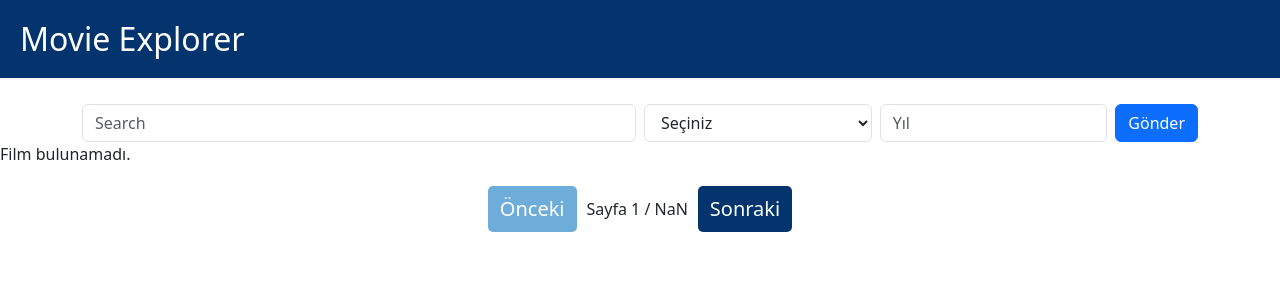
Repository: denizdizi/movie-explorer
Page: /
The author's editor kept a copy of each file at every save. The page is drawn from the files as they stood at one save, then again after the next save.
The browser window is 1280 px wide. The pictures show the whole page.
The page's requests for data from a server got no answer. The project was rebuilt for these pictures with package versions that can differ from the ones it lists, and the page was loaded fresh each time. No one was signed in, and anything a server would have sent is missing. Also part of the build but not shown: src/App.css, src/components/MovieCard.js.

Above is the page before, as saved 2025-03-28 23:19:56.

After the next save:
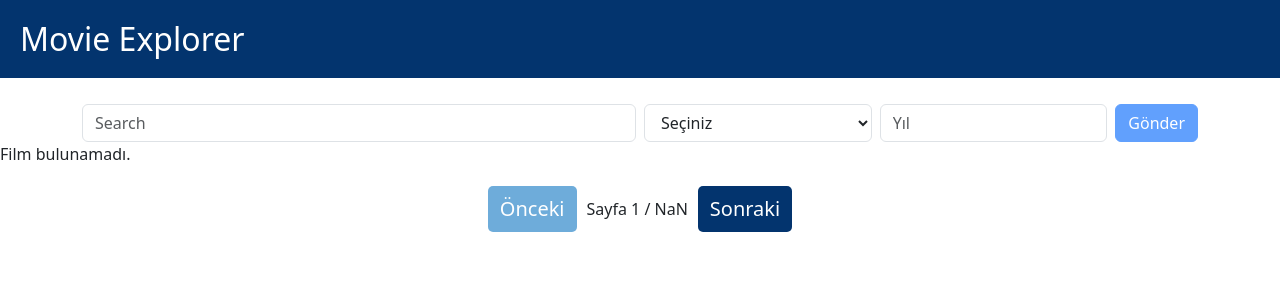
Saved 68 s later.
--- a/src/components/SearchBar.js
+++ b/src/components/SearchBar.js
@@ -48,6 +48,9 @@ const SearchBar = () => {
     }
   };
 
+  const isSubmitDisabled = !formData.query.trim();
+
+
   return (
     <div className="container mt-4">
       <form onSubmit={handleSubmit}>
@@ -76,7 +79,7 @@ const SearchBar = () => {
             {yearError && <small className="text-danger">{yearError}</small>}
           </div>
           <div className="col-auto">
-            <button type="submit" className="btn btn-primary">Gönder</button>
+            <button type="submit" className="btn btn-primary" disabled={isSubmitDisabled}>Gönder</button>
           </div>
         </div>
       </form>
